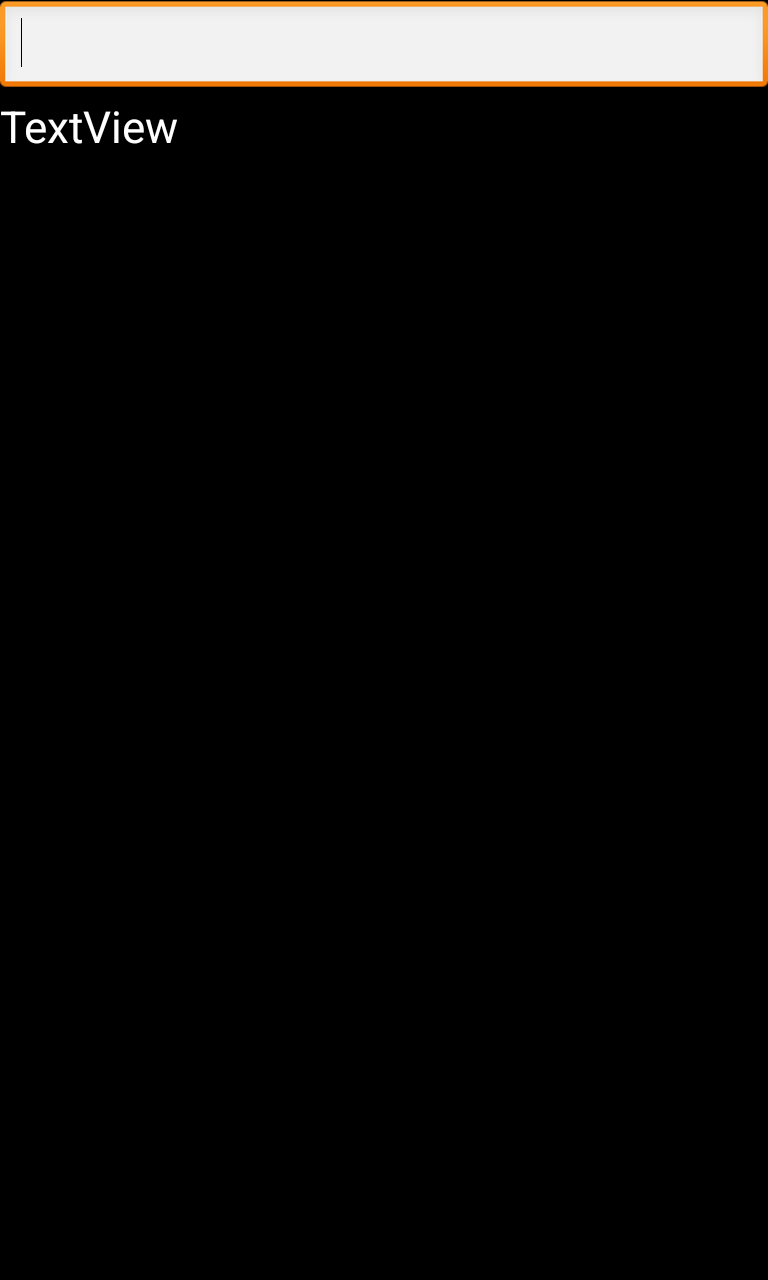
Repository: ebu/ebu-broadcast-hotspot
Layout: eclipse/broadcastinghotspot/res/layout/configuration.xml
These files come from the project's save history. The layout is drawn as it stood at one moment and after the next save; the edit follows.
It is drawn on a 768 x 1280 px phone screen (xhdpi) without system bars, with theme android:Theme; the app's code is not run.

Above is the layout before, as saved 2011-08-29 15:23:01.

### eclipse/broadcastinghotspot/res/layout/configuration.xml
<?xml version="1.0" encoding="utf-8"?>
<LinearLayout
  xmlns:android="http://schemas.android.com/apk/res/android"
  android:orientation="vertical"
  android:layout_width="match_parent"
  android:layout_height="match_parent">

    <EditText android:id="@+id/editText1" android:layout_height="wrap_content" android:layout_width="match_parent">
        <requestFocus></requestFocus>
    </EditText>
    <TableLayout android:layout_height="wrap_content" android:id="@+id/tableLayout1" android:layout_width="match_parent">
        <TableRow android:id="@+id/tableRow1" android:layout_width="wrap_content" android:layout_height="wrap_content">
        <TextView android:textAppearance="?android:attr/textAppearanceLarge" android:id="@+id/textView1" android:text="TextView" android:layout_height="wrap_content" android:layout_width="wrap_content"></TextView>
        </TableRow>
        <TableRow android:id="@+id/tableRow2" android:layout_width="wrap_content" android:layout_height="wrap_content"></TableRow>
        <TableRow android:id="@+id/tableRow3" android:layout_width="wrap_content" android:layout_height="wrap_content"></TableRow>
        <TableRow android:id="@+id/tableRow4" android:layout_width="wrap_content" android:layout_height="wrap_content"></TableRow>
    </TableLayout>


</LinearLayout>

After the next save:
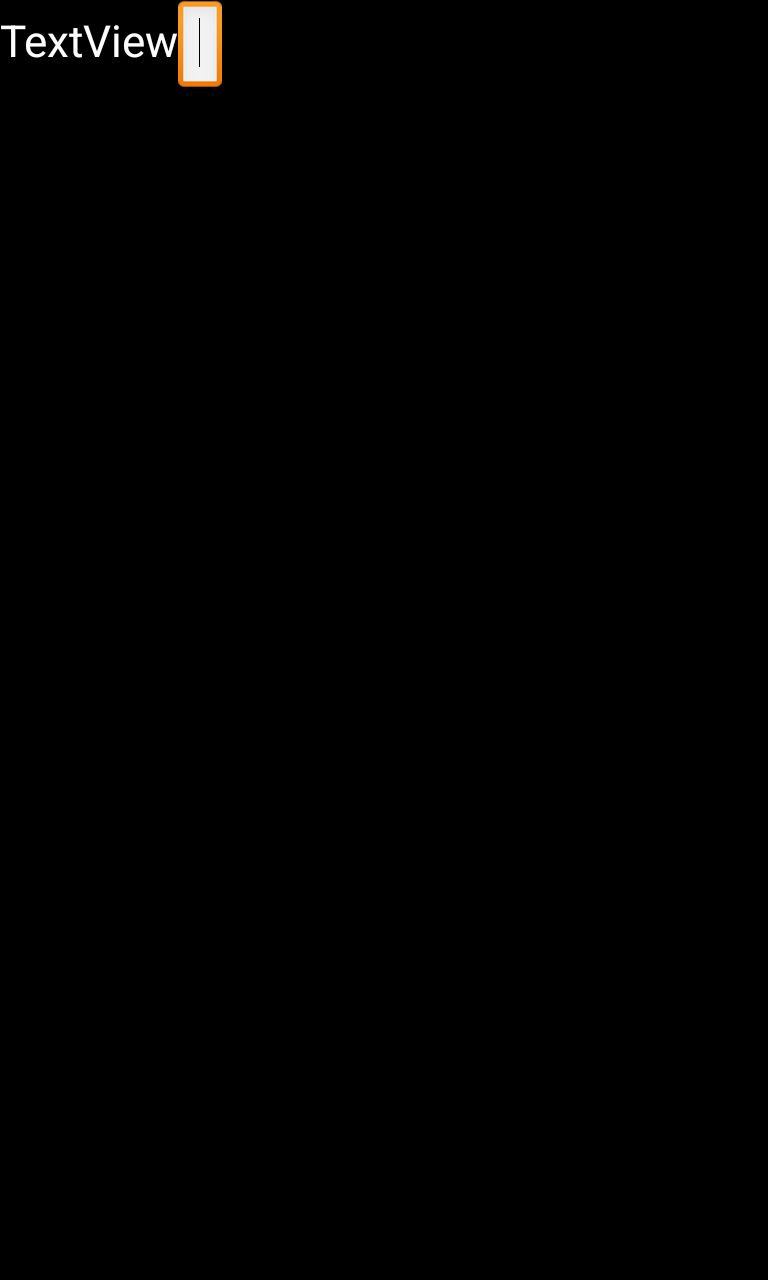
Saved 15 s later.
--- a/eclipse/broadcastinghotspot/res/layout/configuration.xml
+++ b/eclipse/broadcastinghotspot/res/layout/configuration.xml
@@ -5,12 +5,13 @@
   android:layout_width="match_parent"
   android:layout_height="match_parent">
 
-    <EditText android:id="@+id/editText1" android:layout_height="wrap_content" android:layout_width="match_parent">
-        <requestFocus></requestFocus>
-    </EditText>
+
     <TableLayout android:layout_height="wrap_content" android:id="@+id/tableLayout1" android:layout_width="match_parent">
         <TableRow android:id="@+id/tableRow1" android:layout_width="wrap_content" android:layout_height="wrap_content">
         <TextView android:textAppearance="?android:attr/textAppearanceLarge" android:id="@+id/textView1" android:text="TextView" android:layout_height="wrap_content" android:layout_width="wrap_content"></TextView>
+        <EditText android:id="@+id/editText1" android:layout_height="wrap_content" android:layout_width="match_parent">
+        <requestFocus></requestFocus>
+    </EditText>
         </TableRow>
         <TableRow android:id="@+id/tableRow2" android:layout_width="wrap_content" android:layout_height="wrap_content"></TableRow>
         <TableRow android:id="@+id/tableRow3" android:layout_width="wrap_content" android:layout_height="wrap_content"></TableRow>
